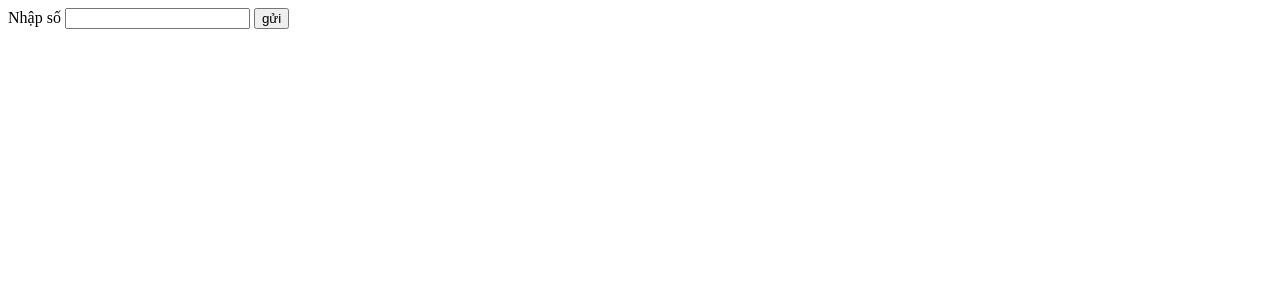
Repository: NguyenNhuDuyHung/mixivivu
Page: http://localhost/web-btl/test.php
An editor plug-in stored every save of this project. The page is shown before and after the next save, followed by the edit.
The browser window is 1280 px wide. The pictures show the whole page.
The page is run by PHP 8.4 with error messages shown; the project is at /var/www/html/.

Above is the page before, as saved 2024-12-05 21:57:57.

### test.php
<!DOCTYPE html>
<html lang="en">
<head>
    <meta charset="UTF-8">
    <meta name="viewport" content="width=device-width, initial-scale=1.0">
    <title>Document</title>
</head>
<body>
    <form action="" method="post">
        <label for="number">Nhập số</label>
        <input type="text">
        <button type="submit">gửi</button>
    </form>

    <?php
    if(isset($_POST[""]) && $_POST[""] == "")
    ?>
</body>
</html>

After the next save:
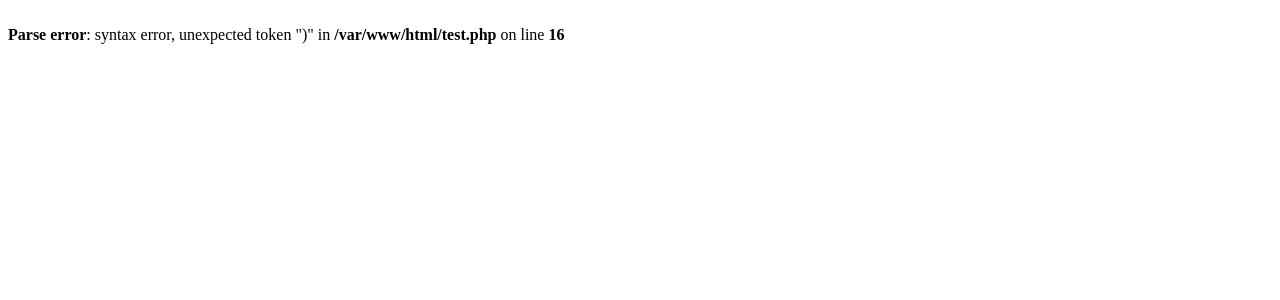
Saved 4 s later.
--- a/test.php
+++ b/test.php
@@ -13,7 +13,7 @@
     </form>
 
     <?php
-    if(isset($_POST[""]) && $_POST[""] == "")
+    if()
     ?>
 </body>
 </html>

After the 5 saves that followed:
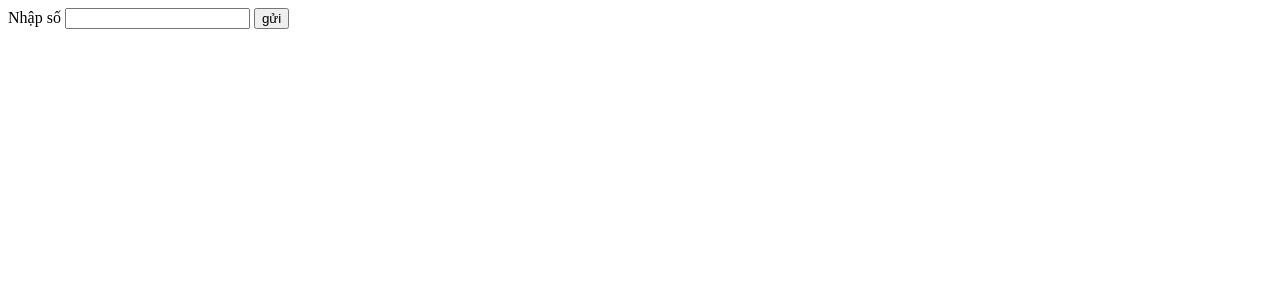
The 5 saves are shown as one change because 1 left the picture as it was and some came seconds apart.
The last was saved 13 s later.
--- a/test.php
+++ b/test.php
@@ -13,7 +13,7 @@
     </form>
 
     <?php
-    if()
+    if($_SERVER)
     ?>
 </body>
 </html>
